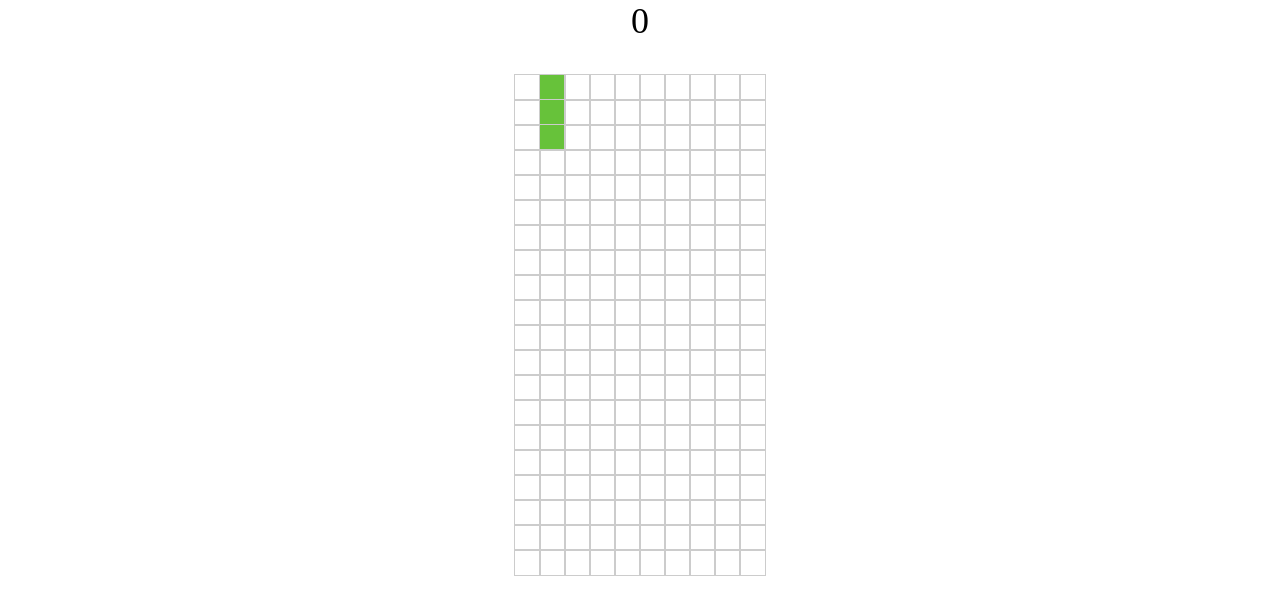
Repository: chlwpdnswku/tetris
Page: index.html
These files come from the project's save history. The page is drawn as it stood at one moment and after the next save; the edit follows.
The browser window is 1280 px wide. The pictures show the whole page.

Above is the page before, as saved 2022-12-12 02:25:39.

### index.html
<!DOCTYPE html>
<html lang="en">

<head>
    <meta charset="UTF-8">
    <meta http-equiv="X-UA-Compatible" content="IE=edge">
    <meta name="viewport" content="width=device-width, initial-scale=1.0">
    <link rel="stylesheet" href="style.css">
    <title>Document</title>

</head>

<body>
    <div class="wrapper">
        <div class="score">0</div>
        <div class="playground">
            <!-- ul  -->
            <ul></ul>
        </div>

    </div>

    <script src="script.js"></script>
</body>

</html>

### style.css
* {
  margin: 0;
  padding: 0;
}
ul {
  list-style: none;
}
body {
  height: 100%;
  overflow: hidden;
}
.score {
  text-align: center;
  font-size: 36px;
  margin-bottom: 2rem;
}
.playground > ul {
  border: 1px solid #333;
  width: 250px;
  margin: 0 auto;
}
.playground > ul > li {
  width: 100%;
  height: 25%;
}

.playground > ul > li > ul {
  display: flex;
}
.playground > ul > li > ul > li {
  width: 25px;
  height: 25px;
  outline: 1px solid #ccc;
}
.tree {
  background: #67c23a;
}

### script.js
// DOM element
const playground = document.querySelector('.playground > ul');

// console.log(playground);

// setting
const GAME_ROWS = 20;
const GAME_COLS = 10;

// variables
let score = 0;
let duration = 500;
let downInterval;
let tempMovingItem;

// 좌료를 바꾸면 모양이 바뀐다.
const BLOCKS = {
  tree: [
    [
      [2, 1],
      [0, 1],
      [1, 0],
      [1, 1],
    ],
    [
      [1, 2],
      [1, 1],
      [1, 0],
      [1, 1],
    ],
    [
      [0, 1],
      [1, 1],
      [1, 0],
      [1, 1],
    ],
    [
      [0, 1],
      [1, 1],
      [1, 0],
      [1, 1],
    ],
  ],
};

const movingItem = {
  type: 'tree',
  direction: 1,
  top: 0,
  left: 0,
};

// functions

init();
// 맨처음 시작하는 함수 10개의 20개의 줄을 저장
function init() {
  // 값만 가져와서 넣어줌
  tempMovingItem = { ...movingItem };
  //   movingItem.left = 3;
  //   console.log(tempMovingItem);
  for (let i = 0; i < GAME_ROWS; i++) {
    prependNewLine();
  }
  renderBlocks();
}

//
function prependNewLine() {
  const li = document.createElement('li');
  const ul = document.createElement('ul');

  for (let j = 0; j < GAME_COLS; j++) {
    const matrix = document.createElement('li');
    // ul -> li
    ul.prepend(matrix);
  }
  li.prepend(ul);
  playground.prepend(li);
}

function renderBlocks() {
  const { type, direction, top, left } = tempMovingItem;
  //   console.log(BLOCKS[type][direction]);

  const movingBlocks = document.querySelectorAll('.moving');

  //   4개의 무빙이 찍힘
  movingBlocks.forEach((moving) => {
    // 이러면 css에의해서 트리 클래스가없는 애들은 빈값이됨
    moving.classList.remove(type, 'moving');
    // console.log(moving);
  });

  // 즉 forEach 문으로
  BLOCKS[type][direction].forEach((block) => {
    const x = block[0] + left;
    const y = block[1] + top;
    // console.log({ playground });
    // ul안에 chileNodes ->이 렇게 가는거임 0번은 li임
    // target은 tree 클래스 부여 즉 tree를  class를 줘서 css 를 변경?
    const target = playground.childNodes[y]
      ? playground.childNodes[y].childNodes[0].childNodes[x]
      : null;

    const isAvailable = checkEmpty(target);
    // console.log(target);
    // 여기가 보여주는거네
    // 가능한 상태이면?
    if (isAvailable) {
      target.classList.add(type, 'moving');
    } else {
      // 원상복구 시키고 재귀함수를 호출할거임 ! 좌표를 원상태로 하고 부르기
      tempMovingItem = { ...movingItem };
      //   이벤트가 전부 실행이되고 스택을 집어넣는용도 무한스텍이 불러주는 용도 막기!
      setTimeout(() => {
        renderBlocks();
        if (moveType === 'top') {
          seizeBlock();
        }
      }, 0);
      //   renderBlocks();
    }
  });
  movingItem.left = left;
  movingItem.top = top;
  movingItem.direction = direction;
  //   console.log(type, direction, top, left);
}

// 밑으로 떨어질 때에 블록 고정 함수 호출
function seizeBlock() {
  console.log('seize block');
}

function checkEmpty(target) {
  if (!target) {
    return false;
  }
  return true;
}

// 인자들을 받고
function moveBlock(moveType, amount) {
  // left를 바꿔줌 이게 증가함에 따라 움직임 하지만 색칠이됨 이동하고
  // 남은 클래스 부분들을삭제를해야됨
  tempMovingItem[moveType] += amount;
  renderBlocks();
}

// 이벤트 핸들링 키를 움직이면 이벤트 객체가 생김 keyCode를 이용해서 각각의 함수를 실행을 시킬거임
document.addEventListener('keydown', (e) => {
  switch (e.keyCode) {
    case 39:
      moveBlock('left', 1);
      break;
    case 37:
      moveBlock('left', -1);
      break;
    case 40:
      moveBlock('top', 1);
      break;
    default:
      break;
  }
  //   console.log(e);
});

//  아래 밑에를 벗어나거나 엘리먼트를 넘어갈때 ? 에러처리 를 해줌
// childNodes[y]가 넘어갈때 target변수가 없을경우 처리해주는 방법

After the next save:
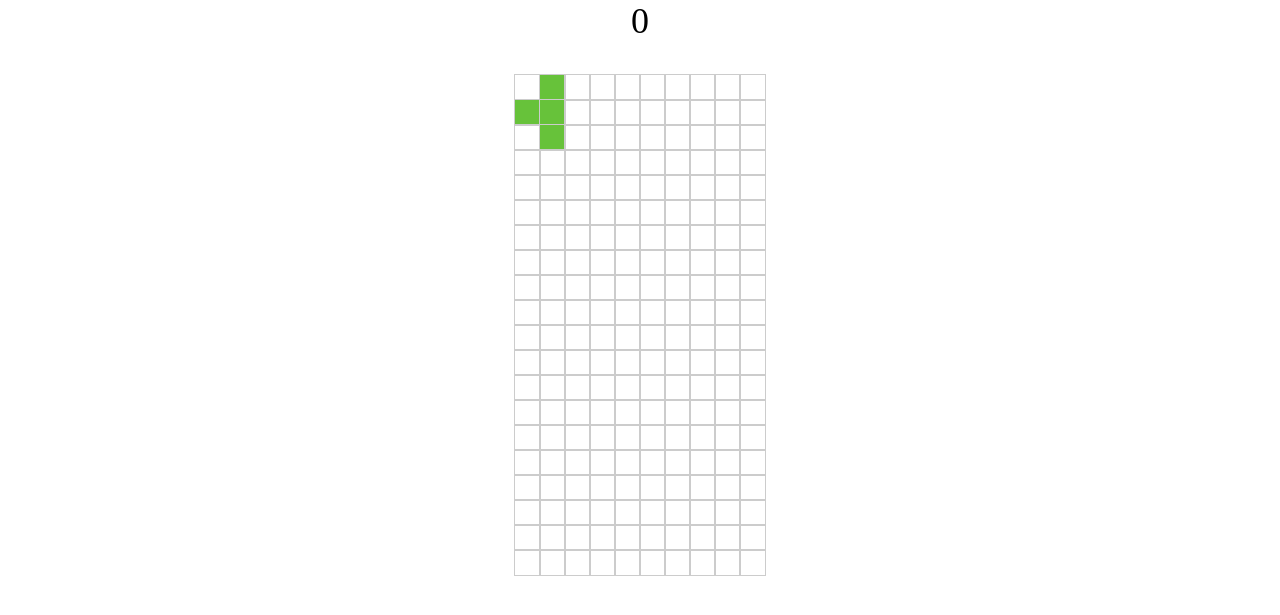
Saved 7 s later.
--- a/script.js
+++ b/script.js
@@ -24,7 +24,7 @@ const BLOCKS = {
     ],
     [
       [1, 2],
-      [1, 1],
+      [0, 1],
       [1, 0],
       [1, 1],
     ],
